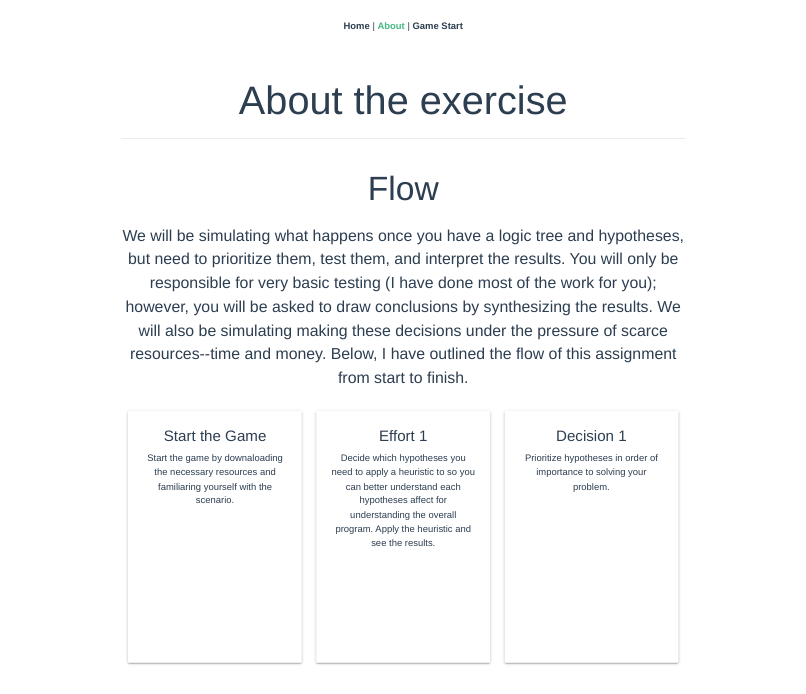
Repository: gallard28/posc4210app
Page: /#/about
An editor plug-in stored every save of this project. The page is shown before and after the next save, followed by the edit.
The browser window is 1280 px wide. The pictures show the whole page, at 63% of full size.
The project was rebuilt for these pictures with package versions that can differ from the ones it lists, and the page was loaded fresh each time. Also part of the build but not shown: src/views/Home.vue, src/views/Start.vue.

Above is the page before, as saved 2020-09-20 18:30:51.

After the next save:
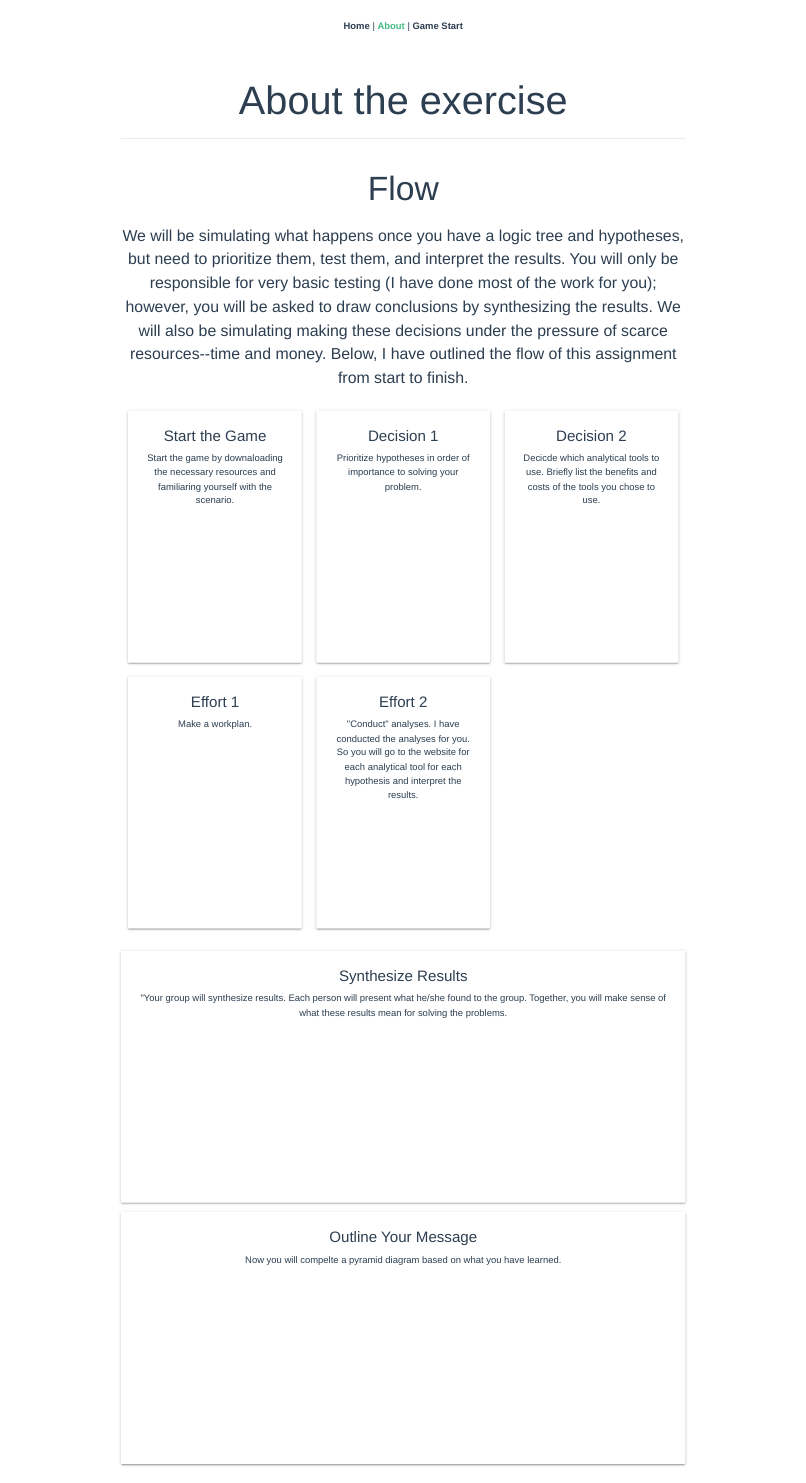
Saved 11 min 30 s later.
--- a/src/views/About.vue
+++ b/src/views/About.vue
@@ -21,8 +21,8 @@
         <div class="col s12 m4">
           <div class="card medium">
             <div class="card-content">
-              <span class="card-title">Effort 1</span>
-              <p>Decide which hypotheses you need to apply a heuristic to so you can better understand each hypotheses affect for understanding the overall program. Apply the heuristic and see the results.</p>
+              <span class="card-title">Decision 1</span>
+              <p>Prioritize hypotheses in order of importance to solving your problem.</p>
             </div>
           </div>
         </div>
@@ -30,8 +30,45 @@
         <div class="col s12 m4">
           <div class="card medium">
             <div class="card-content">
-              <span class="card-title">Decision 1</span>
-              <p>Prioritize hypotheses in order of importance to solving your problem.</p>
+              <span class="card-title">Decision 2</span>
+              <p>Decicde which analytical tools to use. Briefly list the benefits and costs of the tools you chose to use.</p>
+            </div>
+          </div>
+        </div>
+        <!-- Card 4 -->
+        <div class="col s12 m4">
+          <div class="card medium">
+            <div class="card-content">
+              <span class="card-title">Effort 1</span>
+              <p>Make a workplan.</p>
+            </div>
+          </div>
+        </div>
+        <!-- Card 5 -->
+        <div class="col s12 m4">
+          <div class="card medium">
+            <div class="card-content">
+              <span class="card-title">Effort 2</span>
+              <p>"Conduct" analyses. I have conducted the analyses for you. So you will go to the website for each analytical tool for each hypothesis and interpret the results.</p>
+            </div>
+          </div>
+        </div>
+        </div>
+        <!-- Card 6 -->
+        <div class="col s12 m4">
+          <div class="card medium">
+            <div class="card-content">
+              <span class="card-title">Synthesize Results</span>
+              <p>"Your group will synthesize results. Each person will present what he/she found to the group. Together, you will make sense of what these results mean for solving the problems.</p>
+            </div>
+          </div>
+        </div>
+        <!-- Card 7 -->
+        <div class="col s12 m4">
+          <div class="card medium">
+            <div class="card-content">
+              <span class="card-title">Outline Your Message</span>
+              <p>Now you will compelte a pyramid diagram based on what you have learned.</p>
             </div>
           </div>
         </div>
